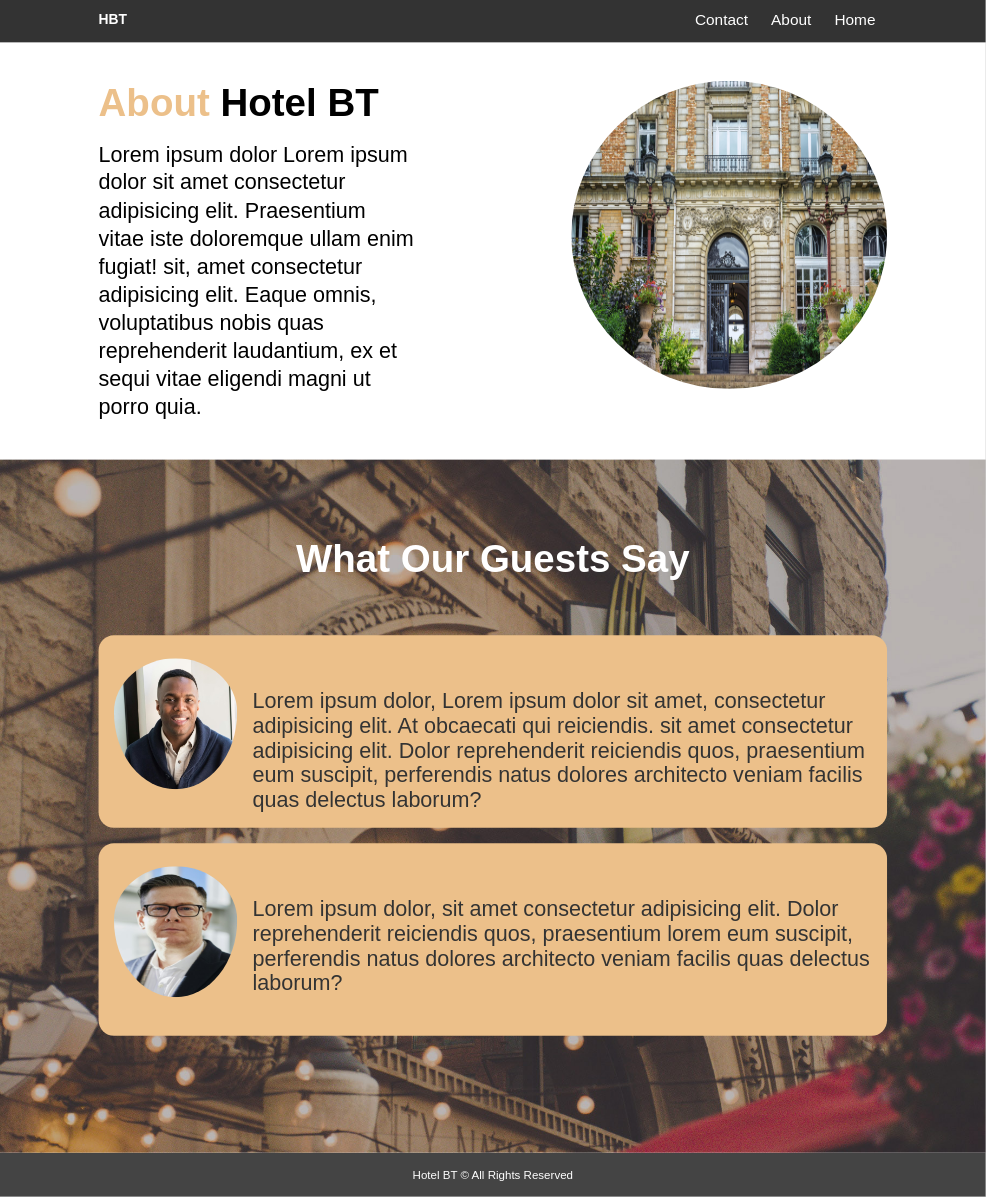
Repository: reemoon-ctrl/35---hotel-website
Page: about.html
An editor plug-in stored every save of this project. The page is shown before and after a run of saves, followed by the edit.
The browser window is 1280 px wide. The pictures show the whole page, at 77% of full size.

Above is the page before, as saved 2024-07-24 21:21:03.

### about.html
<!DOCTYPE html>
<html lang="en">
<head>
    <meta charset="UTF-8">
    <meta name="viewport" content="width=device-width, initial-scale=1.0">
    <title>HBT | Hotel Website</title>
    <link rel="stylesheet" href="index.css"/>
    <link rel="stylesheet" media="screen and (max-width:500px)" href="mobile.css">
</head>
<body>
    <header>
        <ul class="nav-bar">
            <li class="title"><a href="index.html">HBT</a></li>
            <div class="bag-nav-row" >
            <li class="bag-nav"><a href="contact.html">Contact</a></li>
            <li class="bag-nav"><a href="about.html">About</a></li>
            <li class="bag-nav"><a href="index.html">Home</a></li>
            </div>
        </ul>
    </header>
    <header>


    </header>
    <main>
        <div class="s-header">
            <div class="header-content">
            <h1><span class="fword">About </span>Hotel BT</h1>
            <p>Lorem ipsum dolor Lorem ipsum dolor sit amet consectetur adipisicing elit. Praesentium vitae iste doloremque ullam enim fugiat! sit, amet consectetur adipisicing elit. Eaque omnis, voluptatibus nobis quas reprehenderit laudantium, ex et sequi vitae eligendi magni ut porro quia.
            </p>
           </div>
            <img class="hotel-img2" src="/img/photo-1.jpg" alt="Hotel-image">
        </div>
    </main>
    <aside>
        <div class="aside-content">
            <ul>
                <li><h1>What Our Guests Say</h1></li>
                <li class="comment"><img src="img/pexels-divinetechygirl-1181391.jpg" alt="person-img"><p>Lorem ipsum dolor, Lorem ipsum dolor sit amet, consectetur adipisicing elit. At obcaecati qui reiciendis. sit amet consectetur adipisicing elit. Dolor reprehenderit reiciendis quos, praesentium eum suscipit, perferendis natus dolores architecto veniam facilis quas delectus laborum?</p></li>
                <li class="comment"><img src="img/pexels-linkedin-2182970.jpg" alt="person-img"><p>Lorem ipsum dolor, sit amet consectetur adipisicing elit. Dolor reprehenderit reiciendis quos, praesentium lorem eum suscipit, perferendis natus dolores architecto veniam facilis quas delectus laborum?</p></li>

            </ul>
        </div>
    </aside>
    <footer>
        <p>Hotel BT &copy; All Rights Reserved</p>

    </footer>
</body>
</html>

### index.css
*{
    padding: 0px;
    margin: 0px;
    box-sizing: border-box;
    font-family: "Rubik", sans-serif;
    font-optical-sizing: auto;




}
.nav-bar{
    list-style:none;
    overflow: auto;
    /* clear:both; */
    background: #333333;
    font-size: 20px;
    text-align: center;
    height: 55px;

}

.bag-nav-row{
    margin-right: 10%;
}
.title{
    float: left;
    margin-left: 10%;
    font-weight: bold;
    font-size:18px ;

    text-align: center;
    padding:15px 0px;

}
.title  a{
    text-decoration: none;
    color:#fff;
}


.bag-nav{
    float: left;
    font-size: 20px;


}
.bag-nav-row{
    float:right;
}
.bag-nav-row li a{
    text-decoration: none;
    padding: 15px;
    display: inline-block;
    color: #fff;
}

.bag-nav-row li a:hover{
    background: #444444;
    color:#ecc08a;
}
.bag-nav-row li a:current{
    background: #444444;
    color:#ecc08a;
}


.mainheader{
    background-image: url("img/showcase.jpg") ;
    background-color: #cccccc;
    height:600px;
    background-position: center;
    background-repeat: no-repeat;
    background-size:cover;
    position: relative;
}
.mainheadertxt{
    /* margin: auto; */
    padding: 150px 10%;
    position:relative;
    text-align: center;
    /* margin-top: 20px; */
    color:#fff;
}
.mainheadertxt h1{
    font-size:50px;

}

.mainheadertxt p{
    margin:20px;
    font-size: 20px;
}
.mainheadertxt a{
    position:relative;
    display: block;
    width: fit-content;
    background: #444444;
    text-decoration:none ;
    color: #fff;
    top:50%;
    margin-top: 30px;
    margin: auto;
    font-size: 20px;

    padding: 20px;
}
.mainheadertxt a:hover{
    background: #ecc08a;
    cursor: pointer;
    color:#333333;

}
.fword{
    color:#ecc08a
}
.main-content{
    width:100%;
    height:400px;
    overflow: auto;
    background: #444444;
    color: #fff;
}
.hotelimg{
    width:50%;
    float:left;

    min-height:100% ;
    background: url('img/photo-1.jpg') no-repeat;
}
.hotel-disc{
    /* padding-top: 100px; */
    padding:20px 10px;
    width:50%;
    height:40px;
    float:right;
    text-align: center;
    /* margin-top:px; */
    line-height: 1.3;
    /* padding:20px; */

}
.hotel-disc h3{
    font-size: 25px;
    /* font-size: xx-large; */
    margin-bottom: 20px;
    margin-top:5rem;
}
.hotel-disc a{
    position:relative;
    display: block;
    width: fit-content;
    text-decoration:none ;
    color: #333333;
    padding: 15px;
    margin:auto;
    margin-top: 20px;
    background: #fff;

}
.hotel-disc a:hover{
    background: #ecc08a;
}
.hotel-disc p{
    font-size: 20px;
}

.aside-bar{
    height: 300px;
    overflow: auto;
    clear:both;

}
.ul{
    list-style: none;
    text-align: center;
    margin:auto;
    height:300px;
}
.fli{

    margin: auto;
    float: left;
    width:33.3%;
    height: 300px;
    padding: 90px 20px;
}
.fli h4{
    font-size: 25px;
    margin-bottom: 20px;
    margin-top: 20px;
}
.sli h4{
    margin-top: 20px;
    font-size: 25px;
    margin-bottom: 20px;
}
.thli h4{
    margin-top: 20px;
    font-size: 25px;
    margin-bottom: 20px;
}
.sli{
    float:left;
    width:33.3%;
    background-color:#ecc08a;
    height: 300px;
    padding: 90px 20px;

}
.thli{
    float:right;
    width:33.3%;
    height: 300px;
    margin: auto;
    padding: 90px 20px;
}

footer p{
    text-align: center;
    font-size: 15px;
    color: #fff;
    background: #444444;
    padding: 20px;
}

/* ///////////////about website////////////////// */
.s-header{
    overflow: auto;
    clear: both;
    margin: auto;
    margin: 50px 10%;
    /* height: 500px; */
}
.header-content{
    float:left;
    width:40%;

}
.header-content h1{
    font-size: 50px;
}
.header-content p{
    font-size: 28px;
    margin-top: 20px;
    line-height: 1.3;
}
.hotel-img2{
    height:400px;
    width: 40%;
    float: right;
    border-radius:50%;
}
.comment{
    overflow: auto;
    background:#ecc08a;
    margin: 20px 10%;
    border-radius: 20px;

}
.aside-content{
    background-image: url(img/test-bg.jpg) ;
    background-color: #cccccc;
    height:900px;
    background-position: center;
    background-repeat: no-repeat;
    background-size: cover;
    position: relative;
    width: 100%;



}
.aside-content h1{
    margin: 20px 10%;
    text-align: center;
    color: #FFF;
    font-size: 50px;
    padding-top: 100px;
    padding-bottom: 50px;

}
.comment img{
    padding-top: 30px;
width:200px ;
height:200px ;
border-radius: 200px;
float: left;
padding-right: 20px;
padding-left: 20px;
margin-bottom: 50px;
}
.comment p{
padding-top: 70px;
font-size: 28px;
color: #333333;


}
/* ///////////////contact style///////////// */
form h1{
    margin-bottom: 20px;
    font-size: 50px;

}
form p{
    font-size: 25px;

}

.form-label label{
    display: block;

}
.form-label input{
    width:100%;
    padding:10px;
    font-size: 28px;
    border:#ddd solid 1px;
    /* border: 3px solid #ccc; */
    -webkit-transition: 0.5s;
    transition: 0.5s;
    outline: none;

}
.form-label input[type=text]:focus{
    border: 2px solid #ecc08a;
}
.form-label{
    font-size: 35px;
    margin-top: 20px;
}
.submit-input:hover{
    border: 2px solid #ecc08a;
    background: #ecc08a;
    color:#444444;
}
textarea{
    width: 100%;
    height: 250px;
    padding: 12px 20px;
    box-sizing: border-box;
    border: 1px solid #ddd;
    border-radius: 4px;
    /* background-color: #f8f8f8; */
    resize:none;
    font-size: 20px;
    -webkit-transition: 0.5s;
    transition: 0.5s;
    outline: none;

}
textarea:focus{
    border: 2px solid #ecc08a;
}
.submit-input{
 padding: 20px;
 /* text-align: center; */
 width:200px;
 cursor: pointer;
 margin: 30px 0px;
 background: #333333;
 color: #FFF;
 font-size: 20px;


}
.form-container{
    margin: 40px 10%;
    height:800px;
}
.fli-about{
    padding: 60px;
    margin: auto;
    float: left;
    width:33%;
    height: 300px;
    padding: 90px 20px;
    color:#ddd;
}
.fli-about h4{
    font-size: 35px;
    margin-bottom: 20px;
}
.fli-about p{
    font-size: 28px;
}
.sli-about h4{
    font-size: 35px;
    margin-bottom: 20px;
}
.sli-about p{
    font-size: 28px;
}
.thli-about h4{
    font-size: 35px;
    margin-bottom: 20px;
}
.thli-about p{
    font-size: 28px;
}
.sli-about{
    float:left;
    width:33%;
    color: #ddd;
    height: 300px;
    padding: 90px 20px;

}
.thli-about{
    float:right;
    width:33%;
    height: 300px;
    margin: auto;
    height: 300px;
    padding: 90px 20px;
    background: #333333;
    color: #ddd;
}
.ul-about{
    list-style: none;
    text-align: center;
    margin:auto;
    height:300px;
    background: #333333;
}

### mobile.css
.title{
    float:none;
    text-align: center;
    margin-left: 0px;
}

.bag-nav{
    float:none;
    text-align: center;
}
.bag-nav-row{
    margin-right: 0px;
}
.bag-nav-row li a{

    padding: 10px;
    width:30rem;
}
.nav-bar{
    height: fit-content;
}


.hotelimg{
    display: none;
}
.hotel-disc{

    width: 100%;
}
.hotel-disc h3{
    margin-bottom: 2rem;
    margin-top:2rem;
}
.aside-bar{
    height:max-content;
    overflow: auto;
    clear:both;

}
.ul{
    height:100%;
}
.fli{
    float:none;
    padding:1rem;
    width:100%;
    padding: 3rem;
    height:fit-content;
}
.sli{
    float: none;
    width:100%;
    padding: 3rem;
    height:fit-content;
}
.thli{
    float:none;
    width:100%;
    padding: 3rem;
    height:fit-content;
}
/* ////////////////////about/////// */
.header-content{
    float:none;
    width: 100%;
}
.hotel-img2{
    float:none;
}

After the next 2 saves:
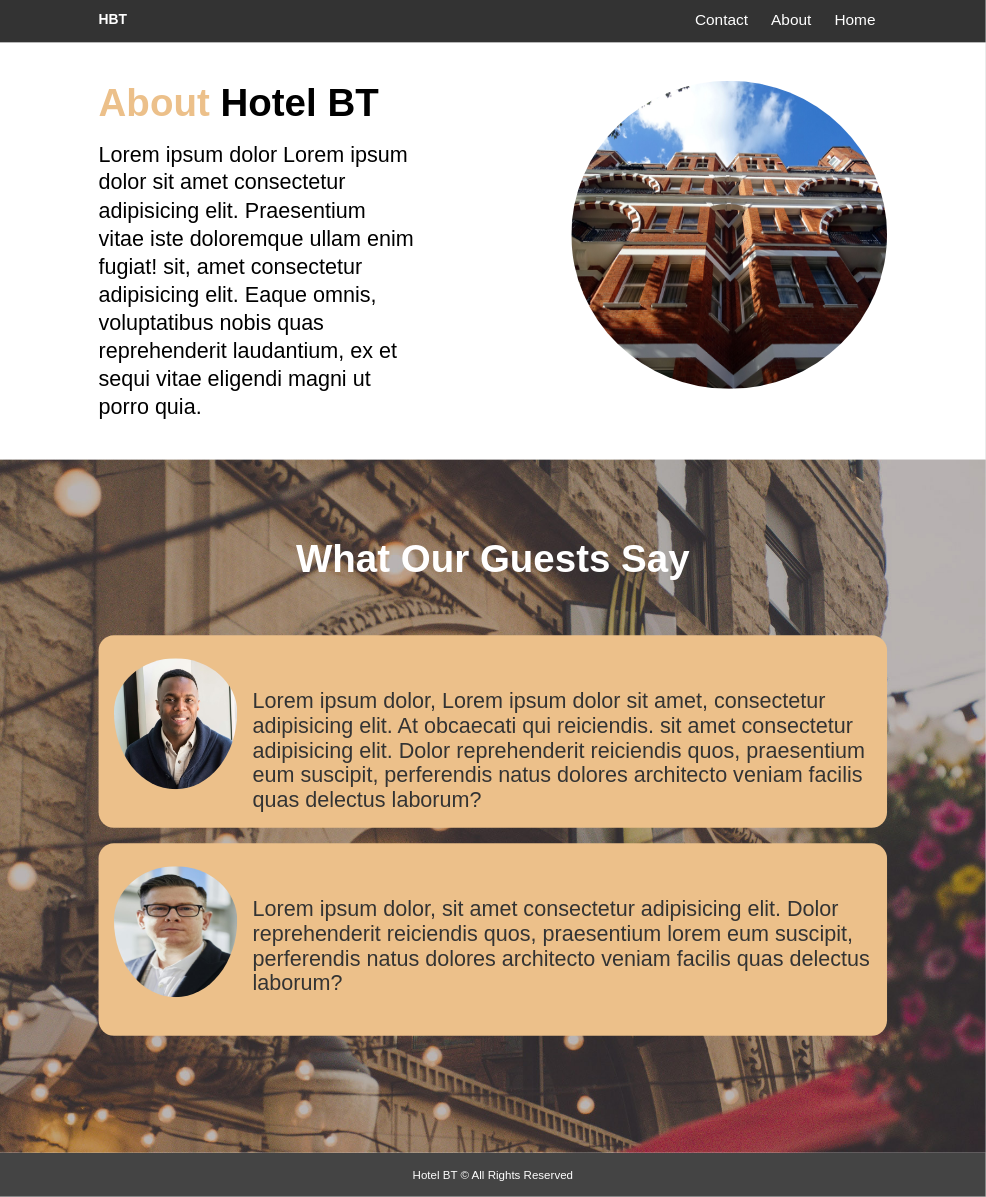
The 2 saves are shown as one change because they came seconds apart.
The last was saved 10 s later.
--- a/about.html
+++ b/about.html
@@ -29,7 +29,7 @@
             <p>Lorem ipsum dolor Lorem ipsum dolor sit amet consectetur adipisicing elit. Praesentium vitae iste doloremque ullam enim fugiat! sit, amet consectetur adipisicing elit. Eaque omnis, voluptatibus nobis quas reprehenderit laudantium, ex et sequi vitae eligendi magni ut porro quia.
             </p>
            </div>
-            <img class="hotel-img2" src="/img/photo-1.jpg" alt="Hotel-image">
+            <img class="hotel-img2" src="/img/photo-2.jpg" alt="Hotel-image">
         </div>
     </main>
     <aside>
